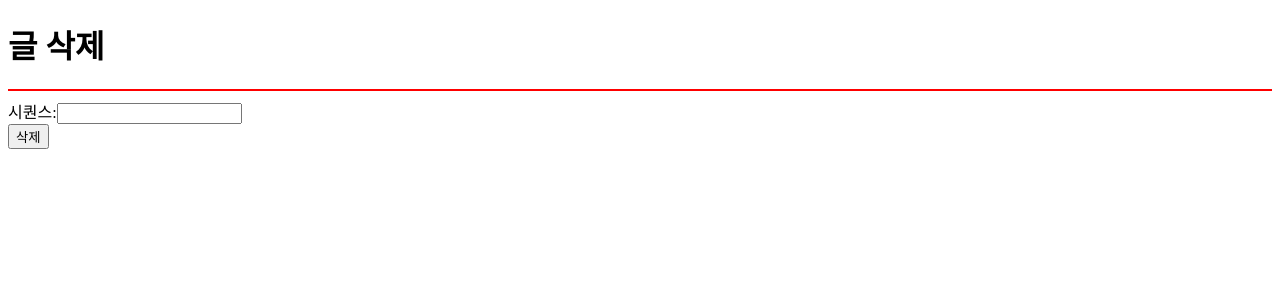
Repository: Yusubin/workEx
Page: test00/src/main/webapp/deleteForm.html
These files come from the project's save history. The page is drawn as it stood at one moment and after the next save; the edit follows.
The browser window is 1280 px wide. The pictures show the whole page.

Above is the page before, as saved 2022-02-15 02:04:08.

After the next save:
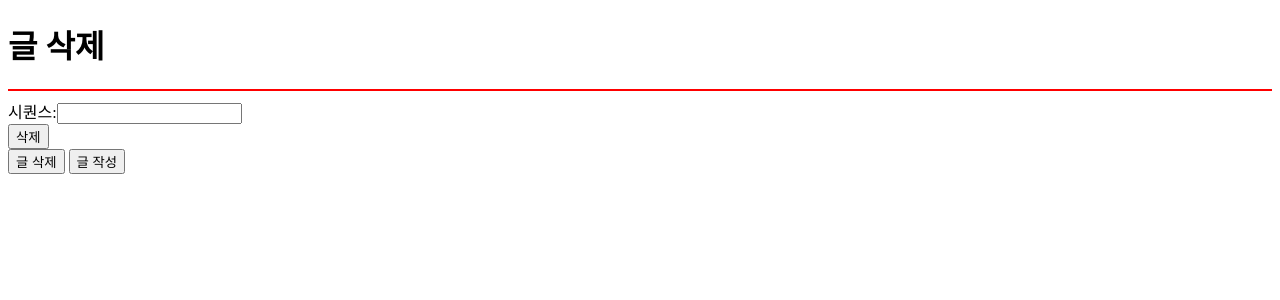
Saved 6 s later.
--- a/test00/src/main/webapp/deleteForm.html
+++ b/test00/src/main/webapp/deleteForm.html
@@ -12,6 +12,7 @@
 	<button>삭제</button>
 	</form>
 
-
+	<button onclick="location = 'memberList.jsp';">글 삭제</button>
+	<button onclick="location = 'index.html';">글 작성</button>
 </body>
 </html>
